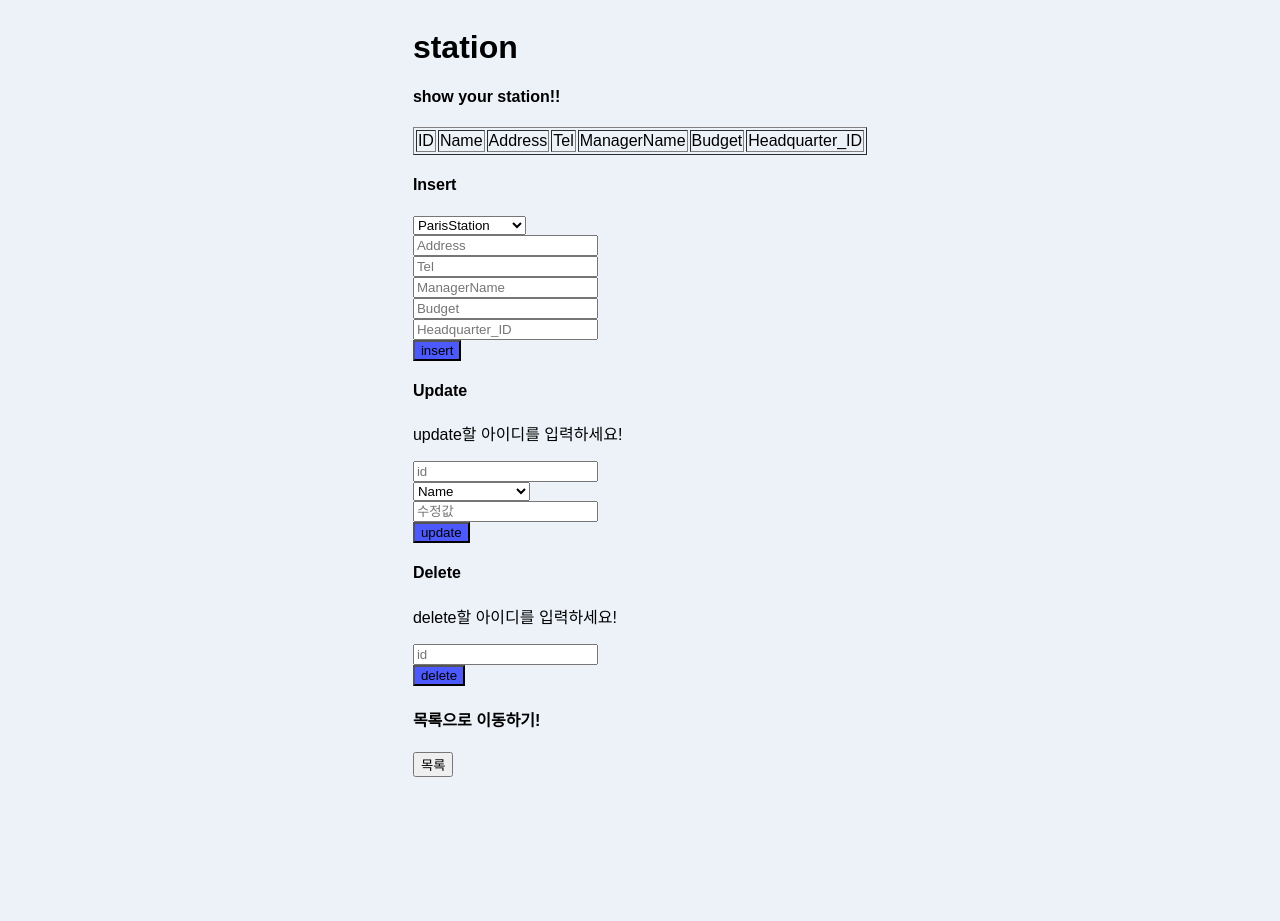
Repository: CISXO/JSP
Page: http://localhost/DB_Project/DB/station.jsp
The author's editor kept a copy of each file at every save. The page is drawn from the files as they stood at one save, then again after the next save.
The browser window is 1280 px wide. The pictures show the whole page.
The page is served by Tomcat 9. Queries for data that is not in the repository find no rows.

Above is the page before, as saved 2022-12-21 21:12:59.

After the next save:
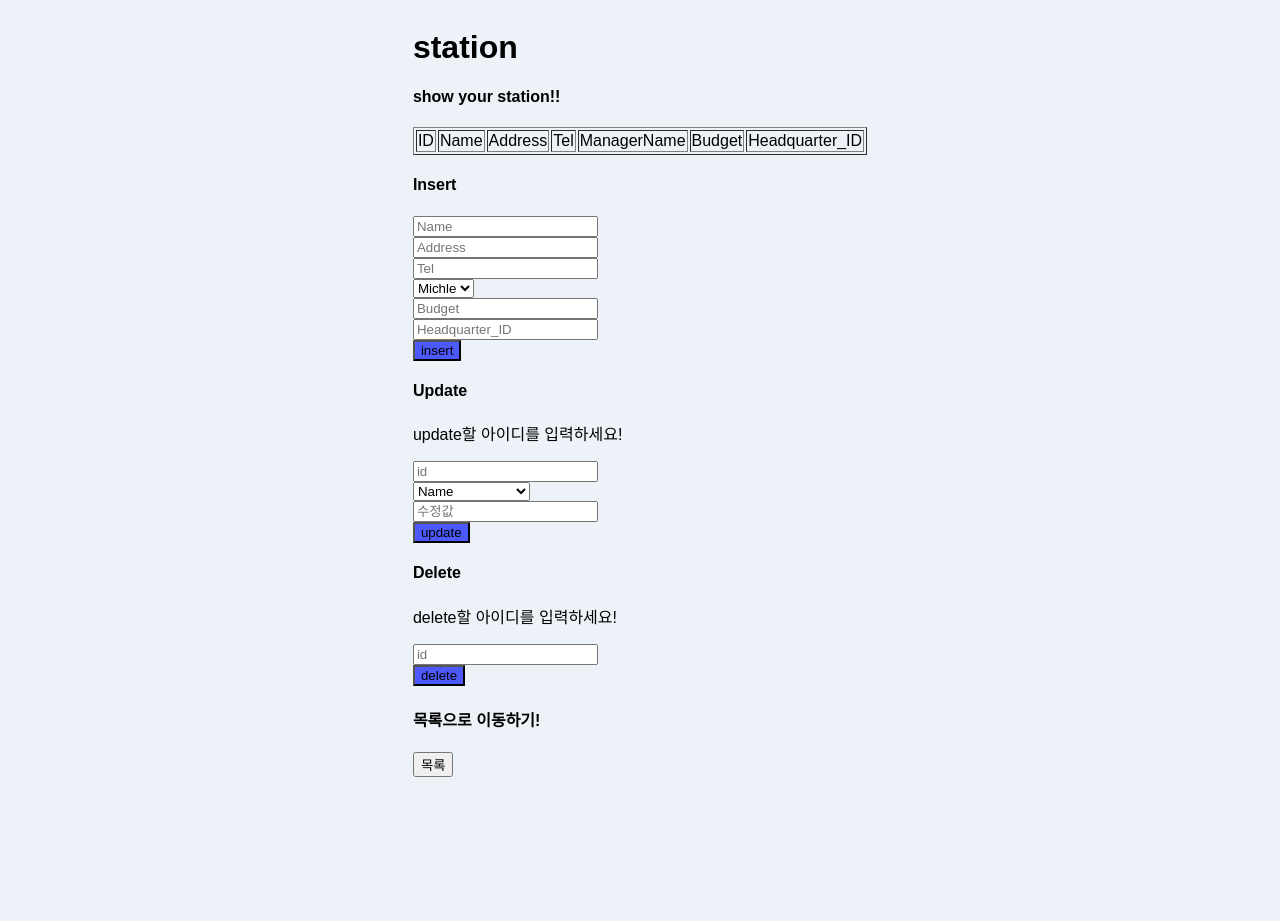
Saved 2 min 5 s later.
--- a/DbProject/DB_Project/src/main/webapp/DB/station.jsp
+++ b/DbProject/DB_Project/src/main/webapp/DB/station.jsp
@@ -76,16 +76,7 @@ try {
         <form id="station_insert" action ="./manage/station_manage.jsp" method="get">
         <h4>Insert</h4>
         <div class="row">
-
-      <select name="Name">
-        <option>ParisStation</option>
-        <option>KoreaStation</option>
-        <option>MarsStation</option>
-        <option>ManagerName</option>
-        <option>IndianoStation</option>
-        <option>VenusStation</option>
-        <option>AmericaStation</option>
-      </select>
+        <input id="Name" name="Name" type="text" placeHolder="Name">
         </div>
         <div class="row">
         <input id="Address" name="Address" type="text" placeHolder="Address">
@@ -94,7 +85,12 @@ try {
         <input id="Tel" name="Tel" type="text" placeHolder="Tel">
         </div>
         <div class="row">
-        <input id="ManagerName" name="ManagerName" type="text" placeHolder="ManagerName">
+      <select name="ManagerName">
+        <option>Michle</option>
+        <option>Jo</option>
+        <option>Jk122</option>
+        <option>brok</option>
+      </select>
         </div>
         <div class="row">
         <input id="Budget" name="Budget" type="text" placeHolder="Budget">
